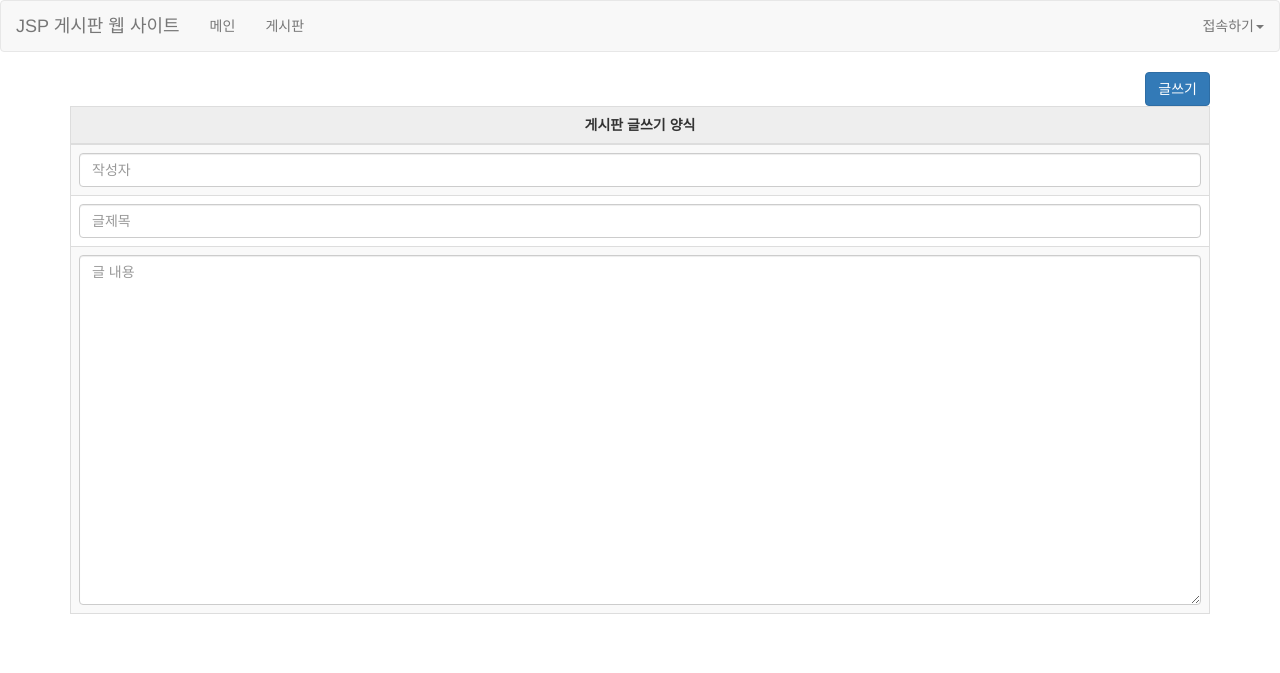
Repository: asdf130700/JSP
Page: http://localhost/BBS/write.jsp
An editor plug-in stored every save of this project. The page is shown before and after the next save, followed by the edit.
The browser window is 1280 px wide. The pictures show the whole page.
Some web libraries are served in a nearby version. The page is served by Tomcat 9. Other server files are loaded and not shown.

Above is the page before, as saved 2020-12-02 07:05:58.

### BBS/WebContent/write.jsp
<%@ page language="java" contentType="text/html; charset=UTF-8"
    pageEncoding="UTF-8"%>
<!DOCTYPE html>
<html>
<head>
<meta http-equiv="Content-Type" content="text.html; charset=UTF-8">
<meta name="viewport" content="width=device-width", initial-scale="1">
<link rel="stylesheet" href="css/bootstrap.css">
<title>JSP 게시판 웹 사이트</title>
</head>
<body>
	<nav class="navbar navbar-default">
	<div class="navbar-header">
	<button type="button" class="navbar-toggle collapsed"
	data-toggle="collapse" data-target="#bs-example-navbar-collapse-1"
	aria-expanded="flase">
	<span class="icon-bar"></span>
		<span class="icon-bar"></span>
			<span class="icon-bar"></span>
	</button>
	<a class="navbar-brand" href="main.jsp">JSP 게시판 웹 사이트</a>
	</div>
	<div class="collapse navbar-collapse" id="bs-example-navbar-collapse-1">
	<ul class="nav navbar-nav">
	<li><a href="main.jsp">메인</a></li>
		<li><a href="bbs.jsp">게시판</a></li>
	</ul>
	<ul class="nav navbar-nav navbar-right">
	<li class="dropdown">
		<a href="#" class="dropdwon-toggle"
		data-toggle="dropdown" role="button" aria-haspopup="true"
		aria-expanded="false">접속하기<span class="caret"></span></a>
	<ul class="dropdown-menu">
		<li class="active"><a href="login.jsp">로그인</a><li>
		<li><a href="join.jsp">회원가입</a></li>
	</ul>
	</li>
	</ul>
	</div>
	</nav>
	<div class ="container">
		<div class="row>">
		<form method="post" action="writeaction.jsp">
			<table class="table table-striped" style="text-align: center; border: 1px solid #dddddd">
			<thead>
				<tr>
					<th collsapn="2" style="background-color: #eeeeee; text-align: center;">게시판 글쓰기 양식</th>
				</tr>
			</thead>
			<tbody>
				<tr>
				<td><input type="text" class="form-control" placeholder="작성자" name="bbsUserID" maxlength="50"></td>
				</tr>
				<tr>
				<td><input type="text" class="form-control" placeholder="글제목" name="bbsTitle" maxlength="50"></td>
				</tr>
				<tr>
				<td><textarea type="text" class="form-control" placeholder="글 내용" name="bbsContent" maxlength="2048" style="height:350px"></textarea></td>
				</tr>
			</tbody>
			<input type="submit" class="btn btn-primary pull-right" value="글쓰기">
			</table>
			</form>
		</div>
	</div>
	<script src="http://code.jquery.com/jquery-3.1.1.min.js"></script>
	<script src="js/bootstrap.js"></script>
</body>
</html>

Loaded but not shown: BBS/WebContent/css/bootstrap.css (library); BBS/WebContent/js/bootstrap.js (library)

After the next save:
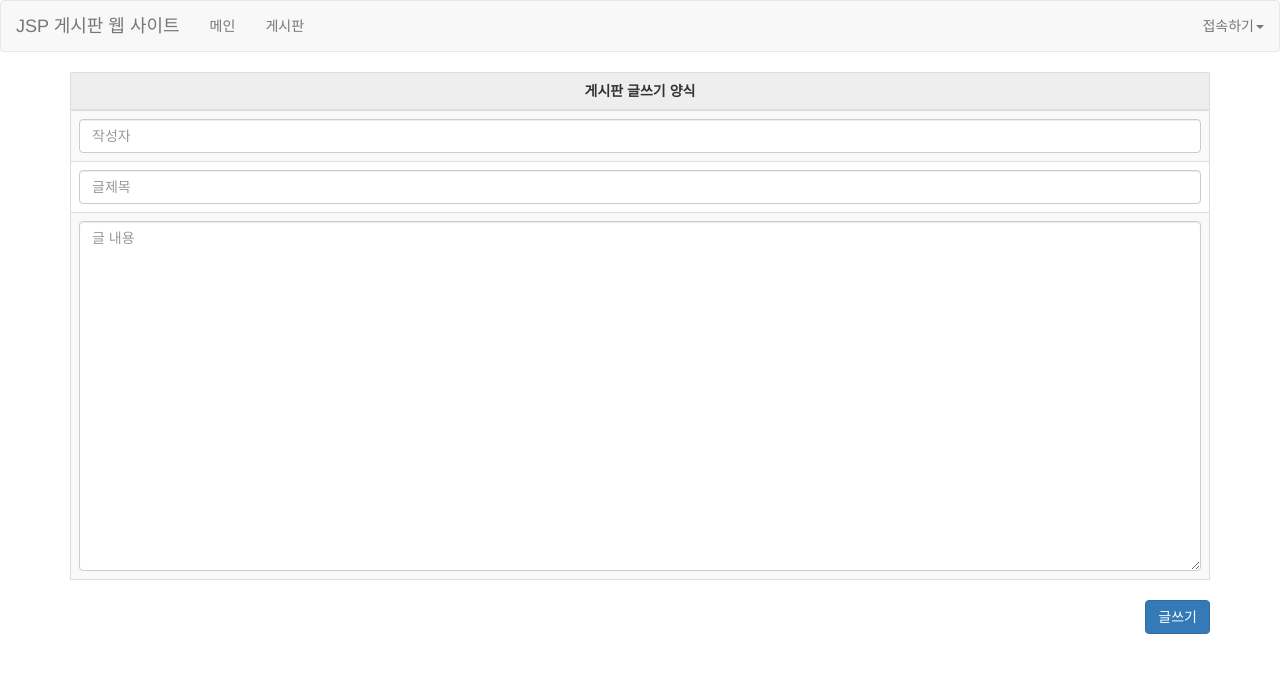
Saved 3 min 47 s later.
--- a/BBS/WebContent/write.jsp
+++ b/BBS/WebContent/write.jsp
@@ -58,8 +58,8 @@
 				<td><textarea type="text" class="form-control" placeholder="글 내용" name="bbsContent" maxlength="2048" style="height:350px"></textarea></td>
 				</tr>
 			</tbody>
-			<input type="submit" class="btn btn-primary pull-right" value="글쓰기">
 			</table>
+						<input type="submit" class="btn btn-primary pull-right" value="글쓰기">
 			</form>
 		</div>
 	</div>
